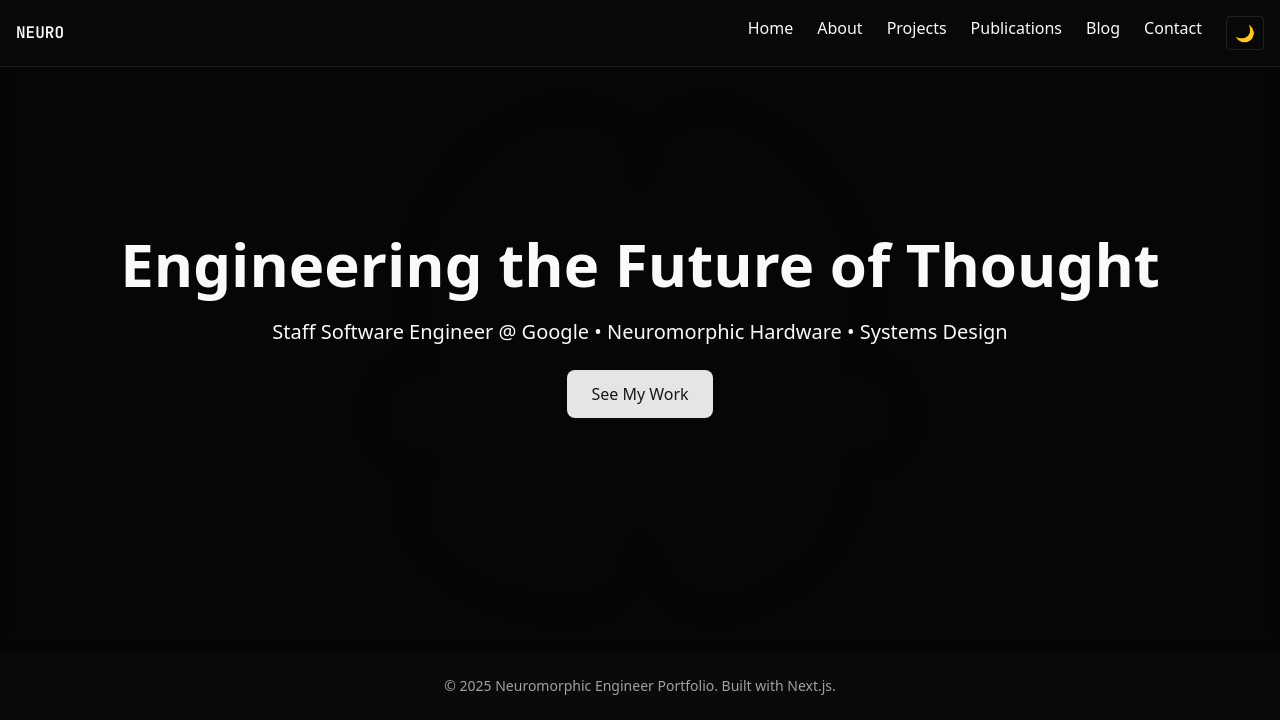
Repository: thecodingcult/portfolio
Page: /
These files come from the project's save history. The page is drawn as it stood at one moment and after a run of saves; the edit follows.
The browser window is 1280 px wide. The pictures show the whole page.
The project was rebuilt for these pictures with package versions that can differ from the ones it lists, and the page was loaded fresh each time. The framework's server and built-in components were replaced by stand-ins that run in the browser. Also part of the build but not shown: next.config.ts.

Above is the page before, as saved 2025-07-18 11:45:46.

### src/app/layout.tsx
import type { Metadata } from "next";
import { Inter, JetBrains_Mono } from "next/font/google";
import { ThemeProvider } from "next-themes";
import "./globals.css";

const inter = Inter({
  variable: "--font-inter",
  subsets: ["latin"],
});

const jetBrains = JetBrains_Mono({
  variable: "--font-jetbrains",
  subsets: ["latin"],
});

export const metadata: Metadata = {
  title: "Create Next App",
  description: "Generated by create next app",
};

export default function RootLayout({
  children,
}: Readonly<{
  children: React.ReactNode;
}>) {
  return (
    <html lang="en" suppressHydrationWarning>
      <body className={`${inter.variable} ${jetBrains.variable} antialiased`}>
        <ThemeProvider attribute="class" defaultTheme="dark" enableSystem>
          {children}
        </ThemeProvider>
      </body>
    </html>
  );
}

### src/app/page.tsx
import Link from 'next/link'
import BrainToChipAnimation from '@/components/BrainToChipAnimation'
import Navbar from '@/components/Navbar'
import Footer from '@/components/Footer'

export default function Home() {
  return (
    <div className="relative flex flex-col min-h-screen">
      <BrainToChipAnimation />
      <Navbar />
      <main className="flex-1 flex flex-col items-center justify-center text-center px-4 gap-6 backdrop-blur-sm bg-black/60 dark:bg-black/40">
        <h1 className="text-4xl md:text-6xl font-bold">Engineering the Future of Thought</h1>
        <p className="text-lg md:text-xl">Staff Software Engineer @ Google • Neuromorphic Hardware • Systems Design</p>
        <Link href="/projects" className="px-6 py-3 bg-primary text-primary-foreground rounded-md">See My Work</Link>
      </main>
      <Footer />
    </div>
  )
}

### src/components/BrainToChipAnimation.tsx
'use client'

import Image from 'next/image'
import { motion, useCycle } from 'framer-motion'
import { useEffect } from 'react'

export default function BrainToChipAnimation() {
  const [brain, toggle] = useCycle(true, false)

  useEffect(() => {
    const id = setInterval(() => toggle(), 8000)
    return () => clearInterval(id)
  }, [toggle])

  return (
    <div className="absolute inset-0 -z-10 overflow-hidden">
      <motion.div
        className="absolute inset-0 flex items-center justify-center"
        animate={{ opacity: brain ? 1 : 0 }}
        transition={{ duration: 2 }}
      >
        <Image src="/assets/brain.svg" alt="brain" fill className="object-contain opacity-30" />
      </motion.div>
      <motion.div
        className="absolute inset-0 flex items-center justify-center"
        animate={{ opacity: brain ? 0 : 1 }}
        transition={{ duration: 2 }}
      >
        <Image src="/assets/chip.svg" alt="chip" fill className="object-contain opacity-30" />
      </motion.div>
    </div>
  )
}

### src/components/Navbar.tsx
'use client'

import Link from 'next/link'
import { useState } from 'react'
import ThemeToggle from './ThemeToggle'

const links = [
  { href: '/', label: 'Home' },
  { href: '/about', label: 'About' },
  { href: '/projects', label: 'Projects' },
  { href: '/publications', label: 'Publications' },
  { href: '/blog', label: 'Blog' },
  { href: '/contact', label: 'Contact' },
]

export default function Navbar() {
  const [open, setOpen] = useState(false)

  return (
    <header className="fixed top-0 left-0 w-full z-20 backdrop-blur-md bg-background/70 border-b">
      <nav className="max-w-7xl mx-auto flex items-center justify-between p-4">
        <Link href="/" className="font-mono font-semibold">NEURO</Link>
        <button
          className="sm:hidden" onClick={() => setOpen(!open)}
          aria-label="Toggle Menu"
        >
          ☰
        </button>
        <ul className={`gap-6 sm:flex ${open ? 'block mt-4' : 'hidden'} sm:mt-0`}>
          {links.map((l) => (
            <li key={l.href}>
              <Link href={l.href} className="hover:underline" onClick={() => setOpen(false)}>
                {l.label}
              </Link>
            </li>
          ))}
          <li>
            <ThemeToggle />
          </li>
        </ul>
      </nav>
    </header>
  )
}

### src/components/Footer.tsx
export default function Footer() {
  return (
    <footer className="py-6 text-center text-sm text-muted-foreground">
      <p>
        © {new Date().getFullYear()} Neuromorphic Engineer Portfolio. Built with Next.js.
      </p>
    </footer>
  )
}

### src/components/ThemeToggle.tsx
'use client'

import { useTheme } from 'next-themes'
import { useEffect, useState } from 'react'

export default function ThemeToggle() {
  const { theme, setTheme } = useTheme()
  const [mounted, setMounted] = useState(false)
  useEffect(() => setMounted(true), [])

  if (!mounted) return null

  return (
    <button
      onClick={() => setTheme(theme === 'dark' ? 'light' : 'dark')}
      aria-label="Toggle Dark Mode"
      className="px-2 py-1 rounded border"
    >
      {theme === 'dark' ? '🌙' : '☀️'}
    </button>
  )
}

Loaded but not shown: src/app/globals.css (common file)

After the next 3 saves:
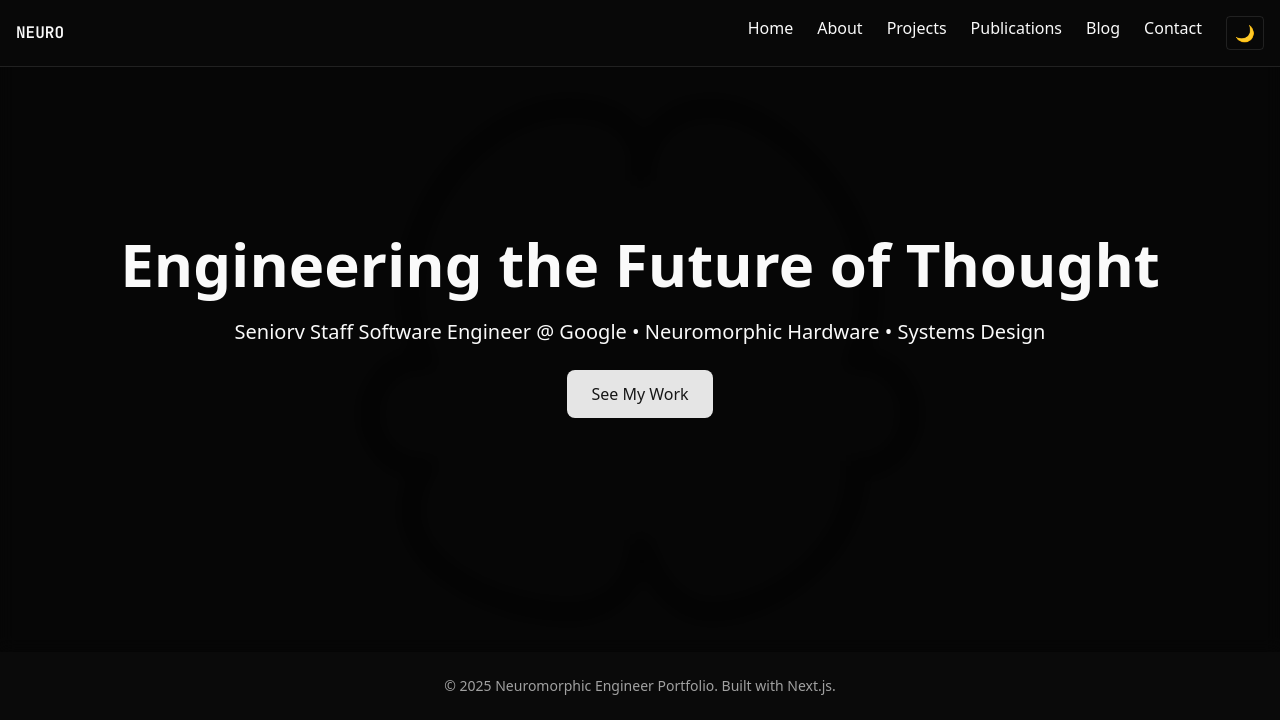
The 3 saves are shown as one change because they came seconds apart.
The last was saved 14 min 22 s later.
--- a/src/app/page.tsx
+++ b/src/app/page.tsx
@@ -1,7 +1,7 @@
+import BrainToChipAnimation from '@/components/BrainToChipAnimation'
+import Footer from '@/components/Footer'
 import Link from 'next/link'
-import BrainToChipAnimation from '@/components/BrainToChipAnimation'
 import Navbar from '@/components/Navbar'
-import Footer from '@/components/Footer'
 
 export default function Home() {
   return (
@@ -10,7 +10,7 @@
       <Navbar />
       <main className="flex-1 flex flex-col items-center justify-center text-center px-4 gap-6 backdrop-blur-sm bg-black/60 dark:bg-black/40">
         <h1 className="text-4xl md:text-6xl font-bold">Engineering the Future of Thought</h1>
-        <p className="text-lg md:text-xl">Staff Software Engineer @ Google • Neuromorphic Hardware • Systems Design</p>
+        <p className="text-lg md:text-xl">Seniorv Staff Software Engineer @ Google • Neuromorphic Hardware • Systems Design</p>
         <Link href="/projects" className="px-6 py-3 bg-primary text-primary-foreground rounded-md">See My Work</Link>
       </main>
       <Footer />
